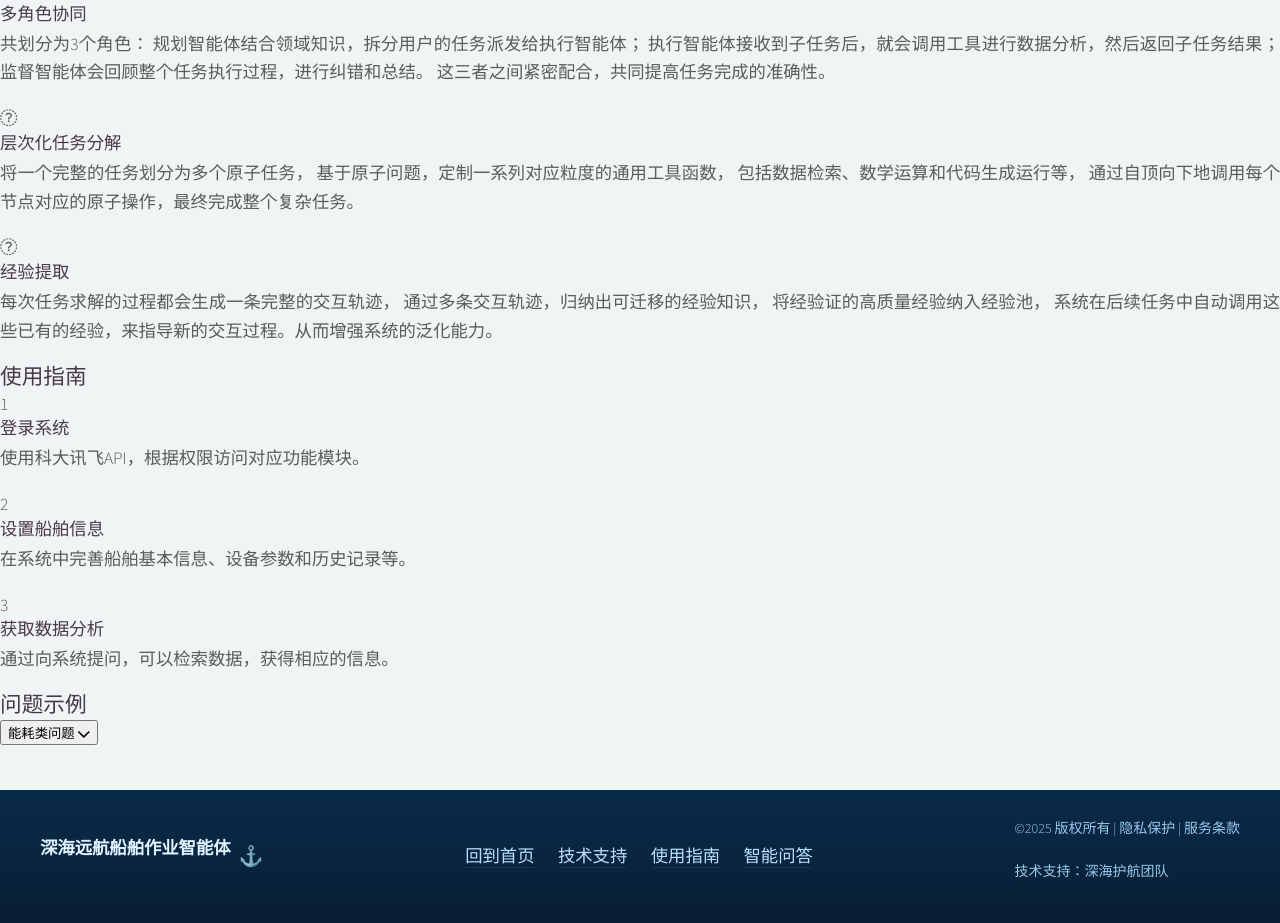
Repository: ShiCheng0104/AIC
Page: QingJing-agent/前端/深海远航船舶作业智能体/About.html
An editor plug-in stored every save of this project. The page is shown before and after a run of saves, followed by the edit.
The browser window is 1280 px wide. The pictures show the part of the page from y = 416 to 1368 px (the page is 1339 px tall before and 1368 px after).
Backgrounds fixed to the window are drawn as part of the page.

Above is the page before, as saved 2025-07-03 14:21:14.

After the next 4 saves:
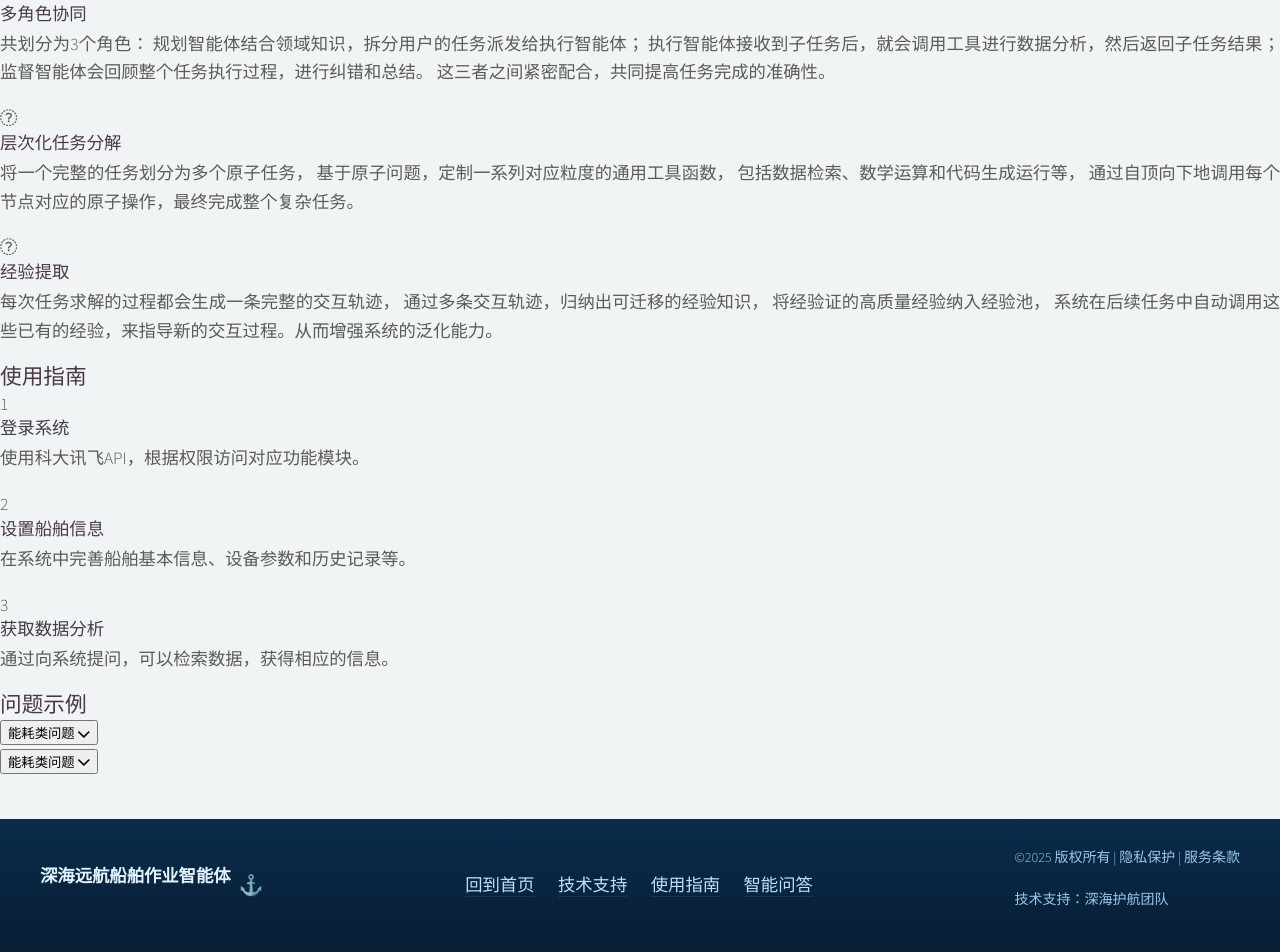
The 4 saves are shown as one change because they came seconds apart.
The last was saved 100 s later.
--- a/QingJing-agent/前端/深海远航船舶作业智能体/About.html
+++ b/QingJing-agent/前端/深海远航船舶作业智能体/About.html
@@ -212,6 +212,37 @@
 							</div>
 						</div>
 					</div>
+
+					<!-- FAQ2 -->
+					<div class="border border-neutralDark rounded-lg overflow-hidden max-w-xl mx-auto my-8">
+						<button
+							class="w-full px-6 py-4 text-left font-medium text-dark flex justify-between items-center hover:bg-gray-50 transition-colors"
+							onclick="toggleContent(this)">
+							<span>能耗类问题</span>
+							<i class="fa fa-chevron-down text-gray-400 transition-transform"></i>
+						</button>
+
+						<div class="px-6 py-4 bg-gray-50 border-t border-neutralDark hidden" id="contentList2">
+							<div class="mb-4">
+								<p class="text-gray-600">
+									示例
+									1：假设柴油的密度为0.85kg/L，柴油热值为42.6MJ/kg。请根据提供的1~4号柴油发电机的燃油消耗量，计算2024年7月16日00:00:00至2024年7月20日00:00:00期间的理论发电量（单位转换为kWh，结果保留两位小数，四舍五入）
+								</p>
+							</div>
+							<div>
+								<p class="text-gray-600">
+									示例 2：2024/8/24 DP过程中，推进系统的总能耗是多少（单位化成kWh，保留2位小数）？
+								</p>
+							</div>
+
+							<div>
+								<p class="text-gray-600">
+									示例 3：2024/08/23 深海作业A过程中，A架摆回到A架摆出期间，推进器的总做功是多少（单位为kWh，结果保留两位小数）？
+								</p>
+							</div>
+						</div>
+					</div>
+
 					<script>
 						function toggleContent(button) {
 							const contentDiv = button.nextElementSibling;
